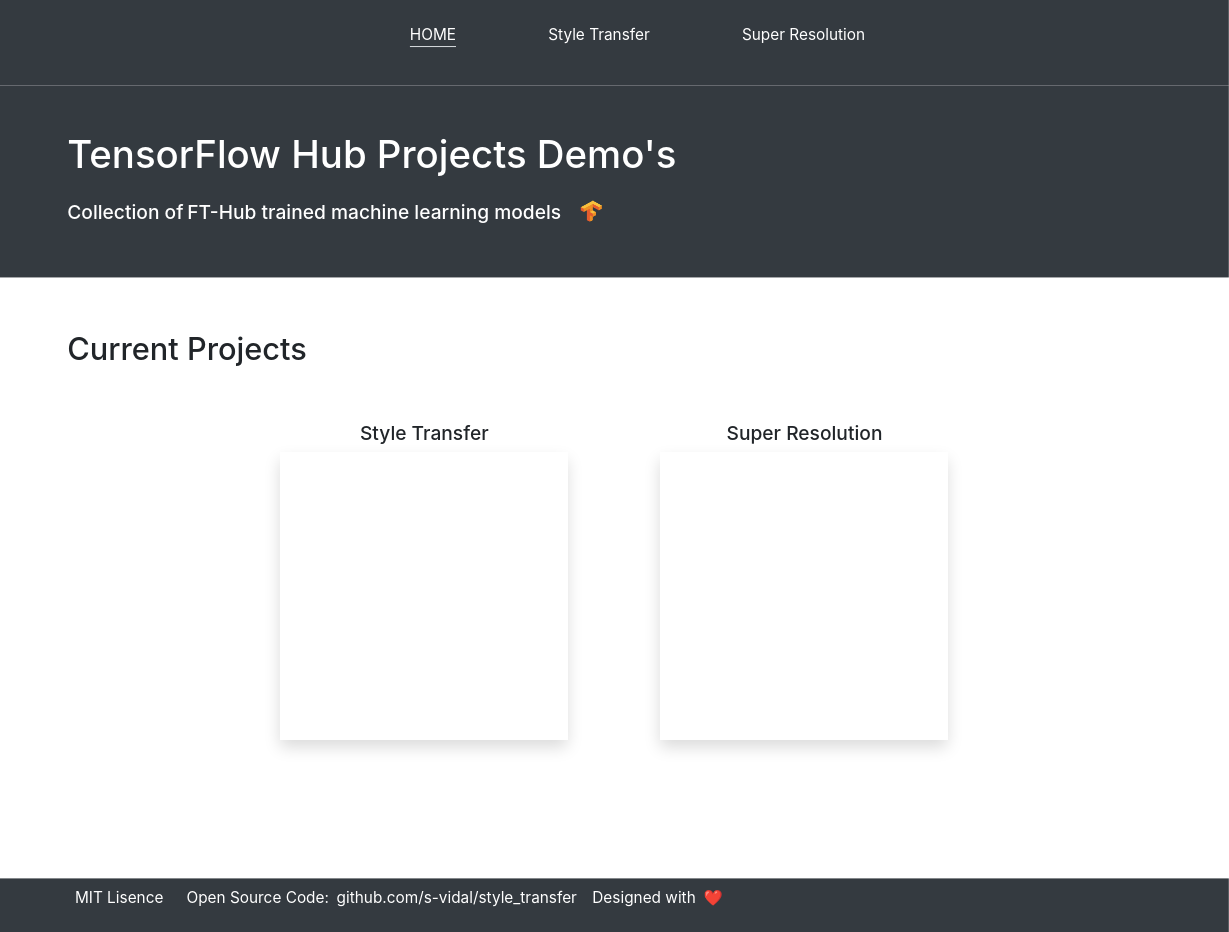
Repository: s-vidal/style_transfer
Page: / (app in client/)
These files come from the project's save history. The page is drawn as it stood at one moment and after the next save; the edit follows.
The browser window is 1280 px wide. The pictures show the whole page, at 96% of full size.
The page's requests for data from a server got no answer. The project was rebuilt for these pictures with package versions that can differ from the ones it lists, and the page was loaded fresh each time. A package was used in the major version that the imports need, not the one package.json lists. No one was signed in, and anything a server would have sent is missing. Also part of the build but not shown: client/src/App.css, client/src/components/DropZone.jsx, client/src/lib/api.js, client/src/components/Inference.jsx, client/src/components/Header.jsx, client/src/pages/StyleTransfer.jsx, client/src/pages/SuperResolution.jsx.

Above is the page before, as saved 2020-09-30 16:29:23.

After the next save:
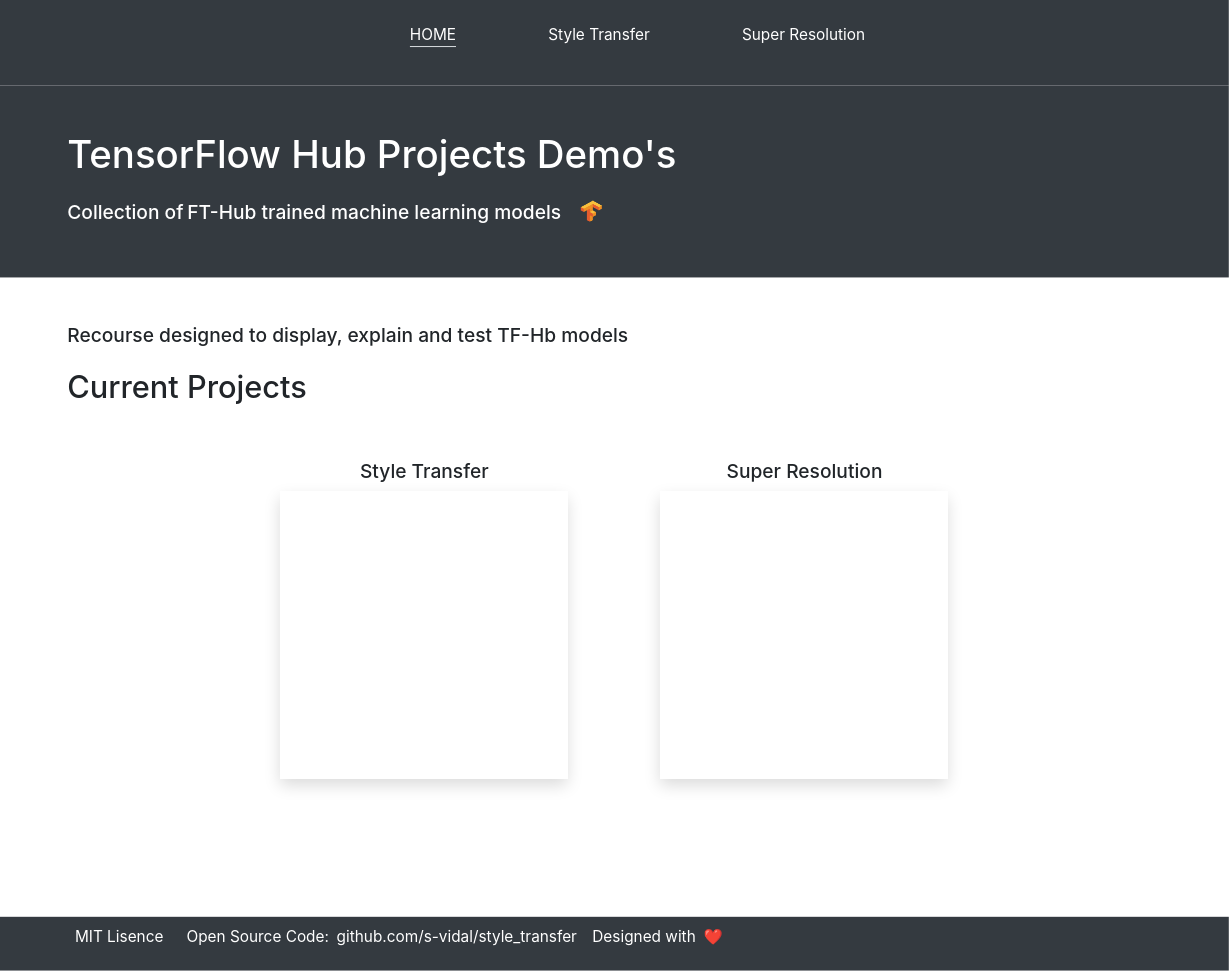
Saved 12 s later.
--- a/client/src/pages/HomePage.jsx
+++ b/client/src/pages/HomePage.jsx
@@ -30,9 +30,9 @@
       <div className="p-5">
         <div className="container p-0">
           <div>
-            {/* <h5 className="mb-4">
+            <h5 className="mb-4">
               Recourse designed to display, explain and test TF-Hb models
-            </h5> */}
+            </h5>
             <h2 className="mt-2">Current Projects</h2>
           </div>
           <div className="row d-flex justify-content-center">

After the save that followed:
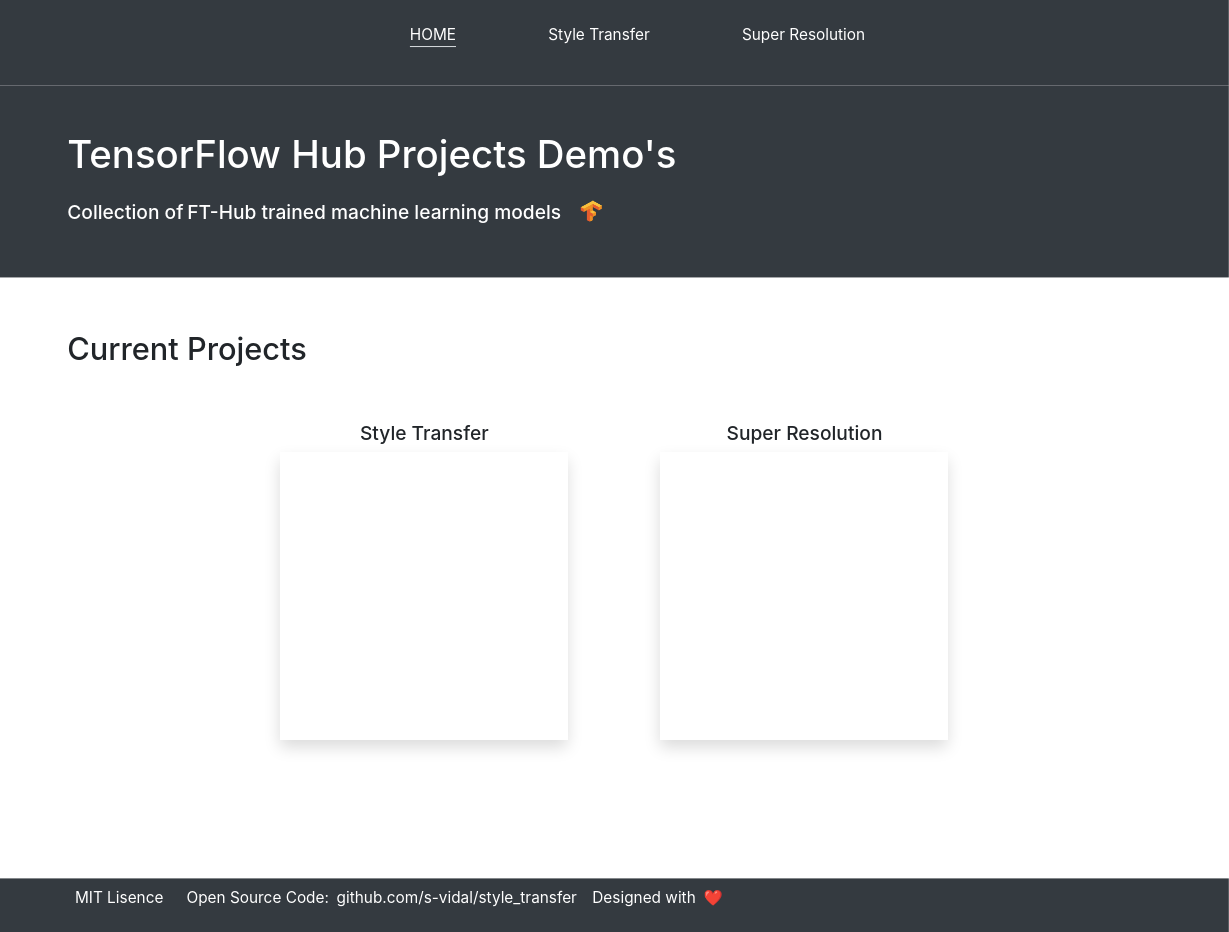
Saved 17 s later.
--- a/client/src/pages/HomePage.jsx
+++ b/client/src/pages/HomePage.jsx
@@ -30,9 +30,6 @@
       <div className="p-5">
         <div className="container p-0">
           <div>
-            <h5 className="mb-4">
-              Recourse designed to display, explain and test TF-Hb models
-            </h5>
             <h2 className="mt-2">Current Projects</h2>
           </div>
           <div className="row d-flex justify-content-center">
